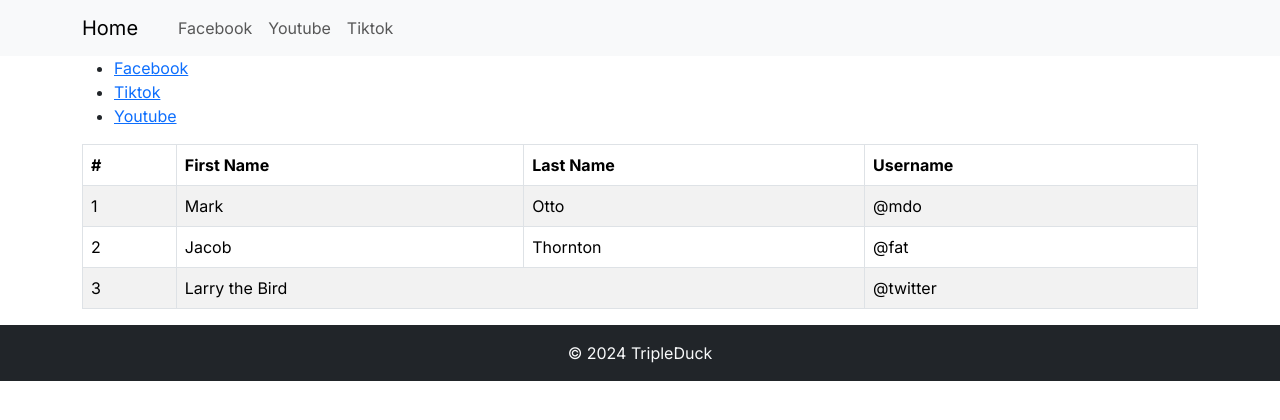
Repository: tdphong1293/KHDL01_DemoWebKafka
Page: / (app in Frontend_Client/)
An editor plug-in stored every save of this project. The page is shown before and after the next save, followed by the edit.
The browser window is 1280 px wide. The pictures show the whole page.
The project was rebuilt for these pictures with package versions that can differ from the ones it lists, and the page was loaded fresh each time. The framework's server and built-in components were replaced by stand-ins that run in the browser. Also part of the build but not shown: Frontend_Client/next.config.mjs.

Above is the page before, as saved 2024-07-21 12:14:47.

### Frontend_Client/src/app/layout.tsx
import type { Metadata } from "next";
import { Inter } from "next/font/google";
import 'bootstrap/dist/css/bootstrap.min.css';
// import "@/styles/globals.css";
import Header from "@/components/header";
import Footer from "@/components/footer";
import { Container } from "react-bootstrap";
import { ToastContainer } from 'react-toastify';
import 'react-toastify/dist/ReactToastify.css';

const inter = Inter({ subsets: ["latin"] });

export const metadata: Metadata = {
    title: "Create Next App",
    description: "Generated by create next app",
};

export default function RootLayout({
    children,
}: Readonly<{
    children: React.ReactNode;
}>) {
    return (
        <html lang="en">
            <body className={inter.className}>
                <Header />
                <Container>
                    {children}
                </Container>
                <Footer />
                <ToastContainer />
            </body>
        </html>
    );
}

### Frontend_Client/src/app/page.tsx
import Link from "next/link";
import Table from "@/components/table";

const Home = () => {
    return (
        <>
            <ul>
                <li>
                    <Link href={"/facebook"}>Facebook</Link>
                </li>
                <li>
                    <Link href={"/tiktok"}>Tiktok</Link>
                </li>
                <li>
                    <Link href={"/youtube"}>Youtube</Link>
                </li>
            </ul>
            <Table />
        </>
    );
};

export default Home;

### Frontend_Client/src/components/header.tsx
'use client'

import Container from 'react-bootstrap/Container';
import Nav from 'react-bootstrap/Nav';
import Navbar from 'react-bootstrap/Navbar';
import Link from "next/link";

function Header() {
    return (
        <Navbar expand="lg" className="bg-body-tertiary">
            <Container>
                <Navbar.Brand>
                    <Link href={"/"} className="navbar-brand">Home</Link>
                </Navbar.Brand>
                <Navbar.Toggle aria-controls="basic-navbar-nav" />
                <Navbar.Collapse id="basic-navbar-nav">
                    <Nav className="me-auto">
                        <Nav.Item>
                            <Link href={"/facebook"} className="nav-link">Facebook</Link>
                        </Nav.Item>
                        <Nav.Item>
                            <Link href={"/youtube"} className="nav-link">Youtube</Link>
                        </Nav.Item>
                        <Nav.Item>
                            <Link href={"/tiktok"} className="nav-link">Tiktok</Link>
                        </Nav.Item>
                    </Nav>
                </Navbar.Collapse>
            </Container>
        </Navbar>
    );
}

export default Header;

### Frontend_Client/src/components/footer.tsx

export default function Footer() {
    return (
        <footer className="bg-dark text-light py-3" style={{ display: 'flex', alignItems: 'center', justifyContent: 'center' }}>
            &copy; 2024 TripleDuck
        </footer>
    );
};

### Frontend_Client/src/components/table.tsx
'use client'
import Table from 'react-bootstrap/Table';

function MyTable() {
    return (
        <Table striped bordered hover>
            <thead>
                <tr>
                    <th>#</th>
                    <th>First Name</th>
                    <th>Last Name</th>
                    <th>Username</th>
                </tr>
            </thead>
            <tbody>
                <tr>
                    <td>1</td>
                    <td>Mark</td>
                    <td>Otto</td>
                    <td>@mdo</td>
                </tr>
                <tr>
                    <td>2</td>
                    <td>Jacob</td>
                    <td>Thornton</td>
                    <td>@fat</td>
                </tr>
                <tr>
                    <td>3</td>
                    <td colSpan={2}>Larry the Bird</td>
                    <td>@twitter</td>
                </tr>
            </tbody>
        </Table>
    );
}

export default MyTable;

After the next save:
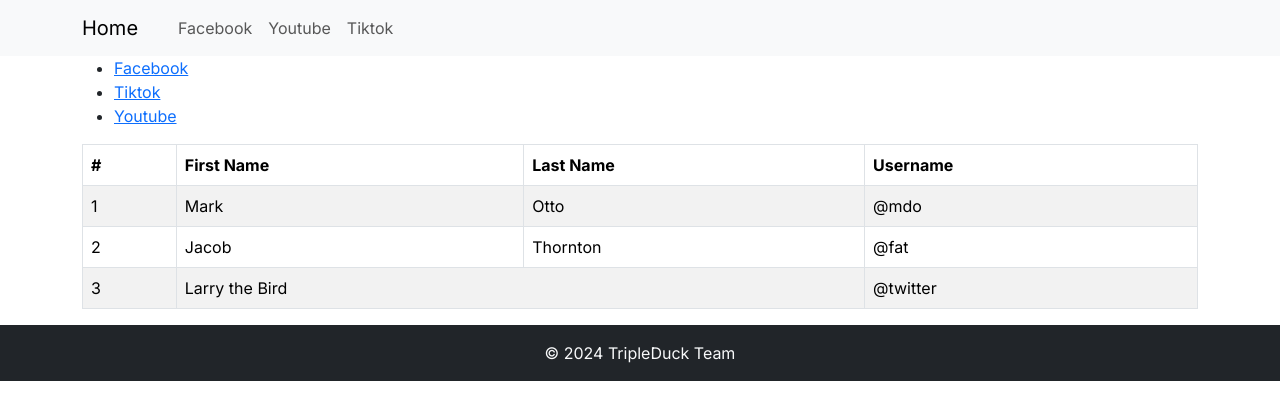
Saved 3 min 44 s later.
--- a/Frontend_Client/src/components/footer.tsx
+++ b/Frontend_Client/src/components/footer.tsx
@@ -2,7 +2,7 @@
 export default function Footer() {
     return (
         <footer className="bg-dark text-light py-3" style={{ display: 'flex', alignItems: 'center', justifyContent: 'center' }}>
-            &copy; 2024 TripleDuck
+            &copy; 2024 TripleDuck Team
         </footer>
     );
 };
